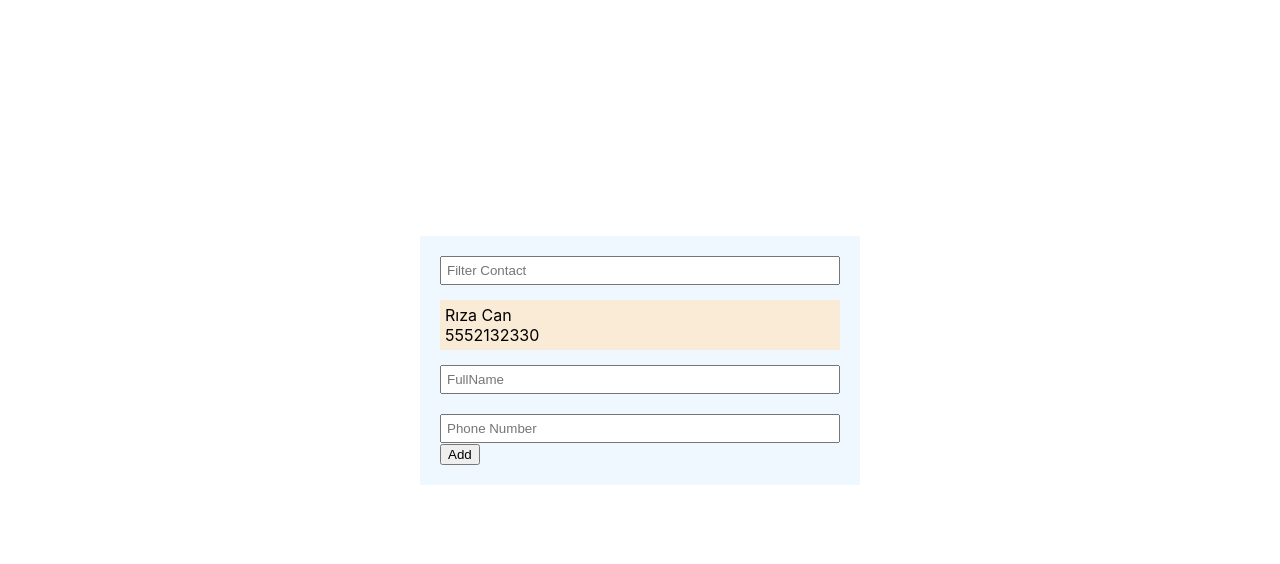
Repository: rizacantire/patika-react
Page: / (app in hello/)
These files come from the project's save history. The page is drawn as it stood at one moment and after the next save; the edit follows.
The browser window is 1280 px wide. The pictures show the whole page.
The project was rebuilt for these pictures with package versions that can differ from the ones it lists, and the page was loaded fresh each time.

Above is the page before, as saved 2021-12-14 14:58:10.

### hello/src/App.js

import './App.css';
import Contacts from './components/Contacts';

function App() {

  return (
    <div className="App">
      <Contacts/>
    </div>
  );
}

export default App;

### hello/src/App.css
.App {
  display: flex;
  justify-content: center;
  align-items: center;
  min-height: 100vh;
}

#container{
  width: 400px;
  background-color: aliceblue;
  padding:20px
}
input{
  width:  100%;
  padding: 5px;
  box-sizing: border-box;
  -webkit-box-sizing: border-box;
  -moz-box-sizing: border-box;
}
ul,li {
  list-style-type: none;
  margin: 0;
  padding: 0;
}

.list {
  margin: 15px 0;
}
.list >li {
  background-color: antiquewhite;
  padding: 5px;
  margin-bottom: 3px;
}

### hello/src/components/Contacts/index.js
import React, { useEffect, useState } from 'react'
import Form from './Form'
import ContactList from './List'
function Contacts() {
    const [contacts, setContacts] = useState([{fullname:"Rıza Can",phone_number:5552132330}])
    useEffect(()=>{
        console.log(contacts);
    },[contacts])
    return (
        <div id="container">
            <ContactList contacts={contacts}/>
            <Form addContact={setContacts} contacts={contacts}/>
        </div>
    )
}

export default Contacts

### hello/src/components/Contacts/Form/index.js
import React, { useState } from 'react'

function Form({addContact,contacts}) {
    const initialFormValues = {fullname:"",phone_number:""}
    const [form, setForm] = useState(initialFormValues)

    const onChangeInput = (e)=>{
        setForm({...form,[e.target.name]:e.target.value})
    }

    const onSubmit = (e)=>{
        e.preventDefault()
        if(form.fullname === ""|| form.phone_number===""){
            return false;
        }
        addContact([...contacts,form])
        setForm(initialFormValues)
    }
    return (
        <div>
            <form onSubmit={onSubmit} >
            <input name="fullname"  placeholder='FullName'
            value={form.fullname}
             onChange={onChangeInput}/>
            <br/>
            <br/>
            <input value={form.phone_number} name="phone_number"  placeholder='Phone Number' onChange={onChangeInput}/>
            <div><button>Add</button></div>
            </form>

        </div>
    )
}

export default Form

### hello/src/components/Contacts/List/index.js
import React, { useState } from 'react'
import { useEffect } from 'react/cjs/react.development'

function ContactList({contacts}) {
    const [filterText, setFilterText] = useState("")
    const filtered = contacts.filter((item)=>{
        return Object.keys(item).some((key)=>
            item[key].toString().toLowerCase().includes(filterText.toLocaleLowerCase())
        )
    })
    useEffect(() => {
        console.log(filtered);
    },[filterText])


    return (
        <div>
            <input placeholder='Filter Contact' value={filterText} onChange={(e)=>{
                setFilterText(e.target.value)
            }} />


            <ul className='list'>
            {filtered.map((c,i)=>(

               <li key={i}>{c.fullname}
               <br/>
              {c.phone_number}</li>


            ))} </ul>
        </div>
    )
}

export default ContactList

Loaded but not shown: hello/public/index.html (common file); hello/src/index.js (common file); hello/src/index.css (common file); hello/src/reportWebVitals.js (common file)

After the next save:
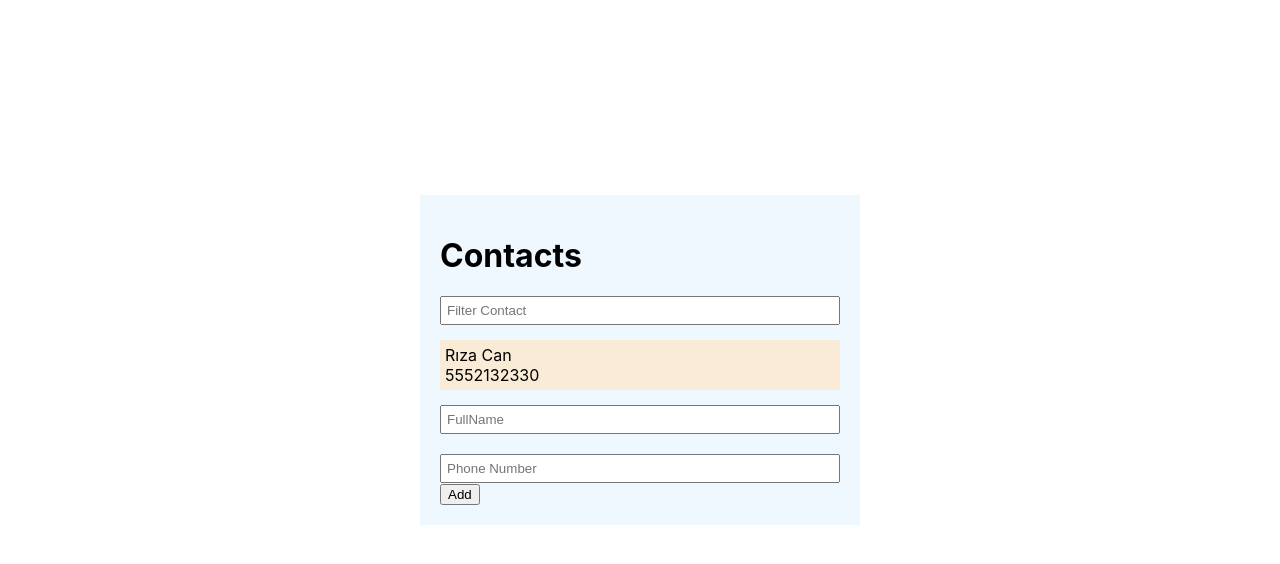
Saved 45 s later.
--- a/hello/src/components/Contacts/List/index.js
+++ b/hello/src/components/Contacts/List/index.js
@@ -15,6 +15,7 @@ function ContactList({contacts}) {
 
     return (
         <div>
+            <h1>Contacts</h1>
             <input placeholder='Filter Contact' value={filterText} onChange={(e)=>{
                 setFilterText(e.target.value)
             }} />
